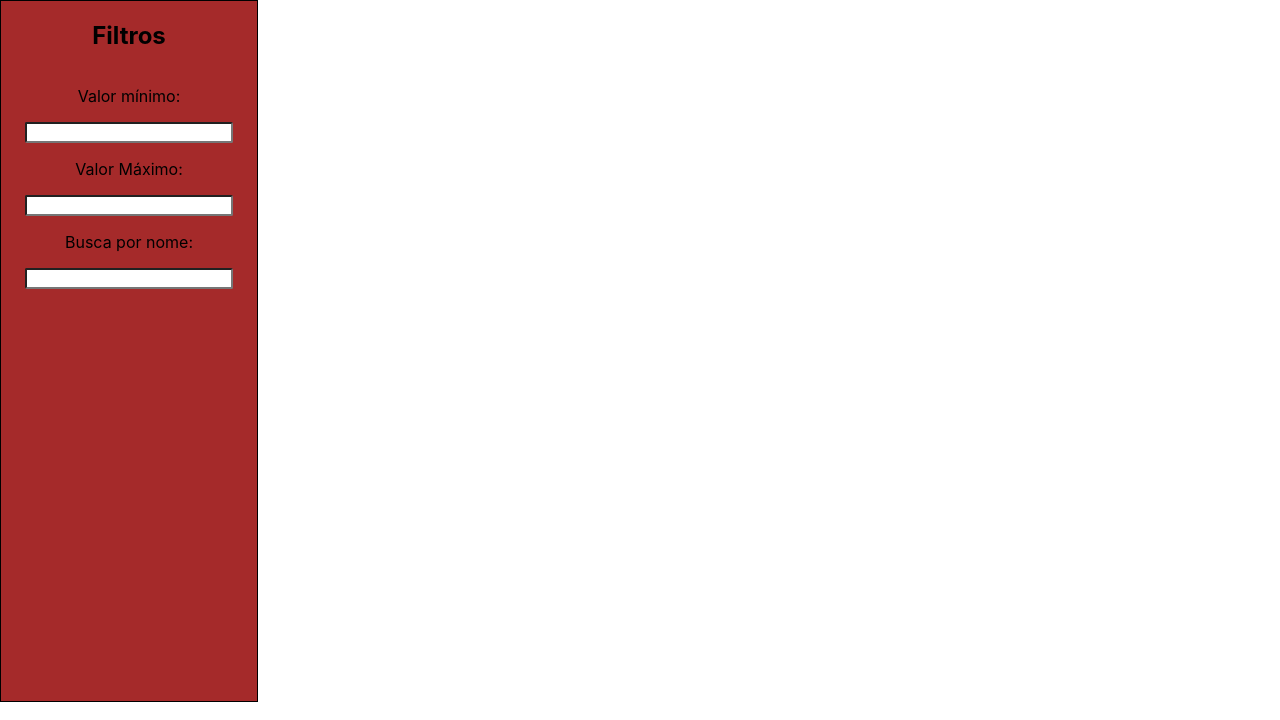
Repository: future4code/Shaw-labe-commerce9
Page: /
These files come from the project's save history. The page is drawn as it stood at one moment and after the next save; the edit follows.
The browser window is 1280 px wide. The pictures show the whole page.
The project was rebuilt for these pictures with package versions that can differ from the ones it lists, and the page was loaded fresh each time. Also part of the build but not shown: src/App.css.

Above is the page before, as saved 2022-03-30 16:39:53.

After the next save:
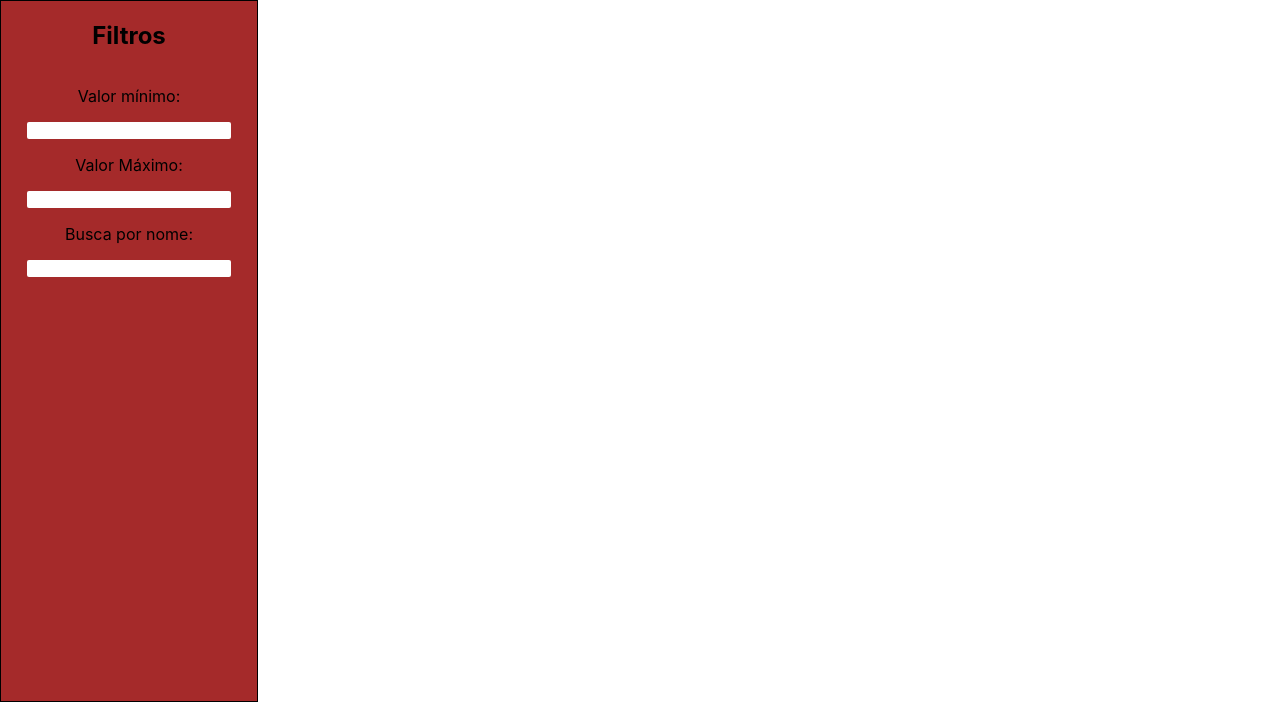
Saved 34 s later.
--- a/src/components/filtro.jsx
+++ b/src/components/filtro.jsx
@@ -15,6 +15,7 @@ align-items: center;
 input{
     width: 200px;
     border-radius: 2px;
+    border: 0.2px;
 }
 
 `
